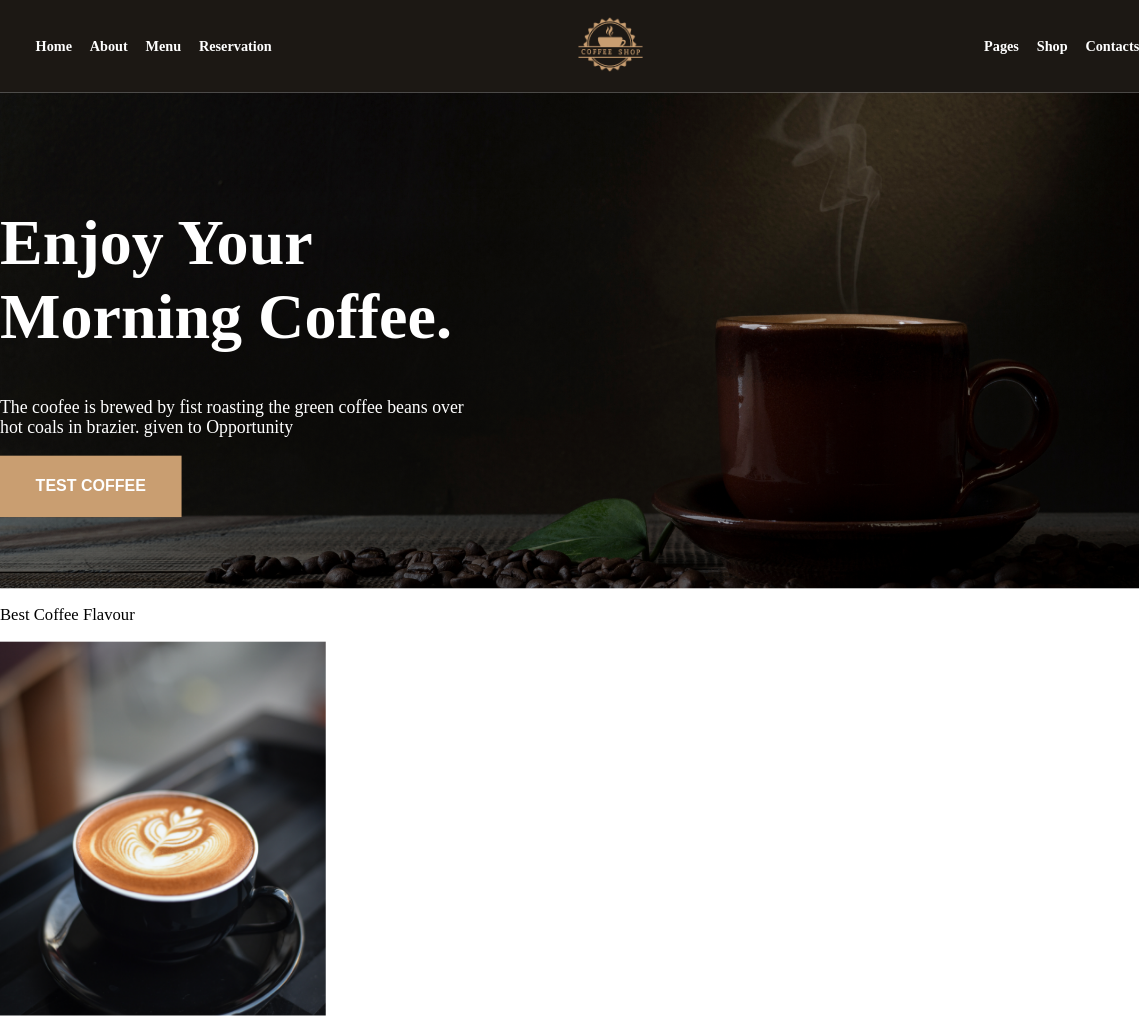
Repository: SitoraRashidova/CoffeShop_Figma
Page: /
An editor plug-in stored every save of this project. The page is shown before and after the next save, followed by the edit.
The browser window is 1280 px wide. The pictures show the whole page, at 89% of full size.
The project was rebuilt for these pictures with package versions that can differ from the ones it lists, and the page was loaded fresh each time. Also part of the build but not shown: vite.config.js.

Above is the page before, as saved 2024-11-24 23:35:02.

After the next save:
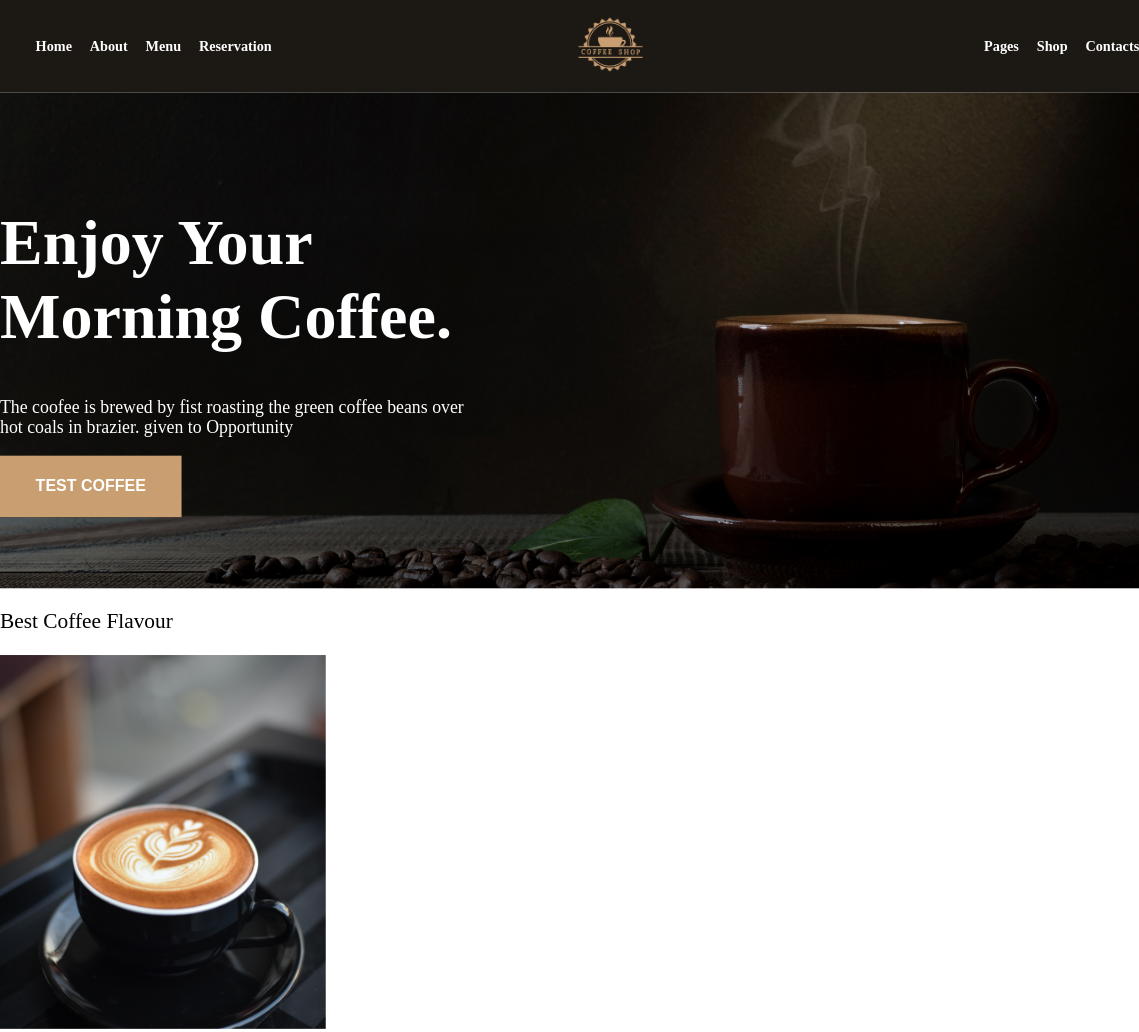
Saved 4 s later.
--- a/src/index.css
+++ b/src/index.css
@@ -102,5 +102,5 @@ body{
 
 .type-coffee__title{
    font-weight: 400;
-   font-size: ;
+   font-size: 24px;
 }
